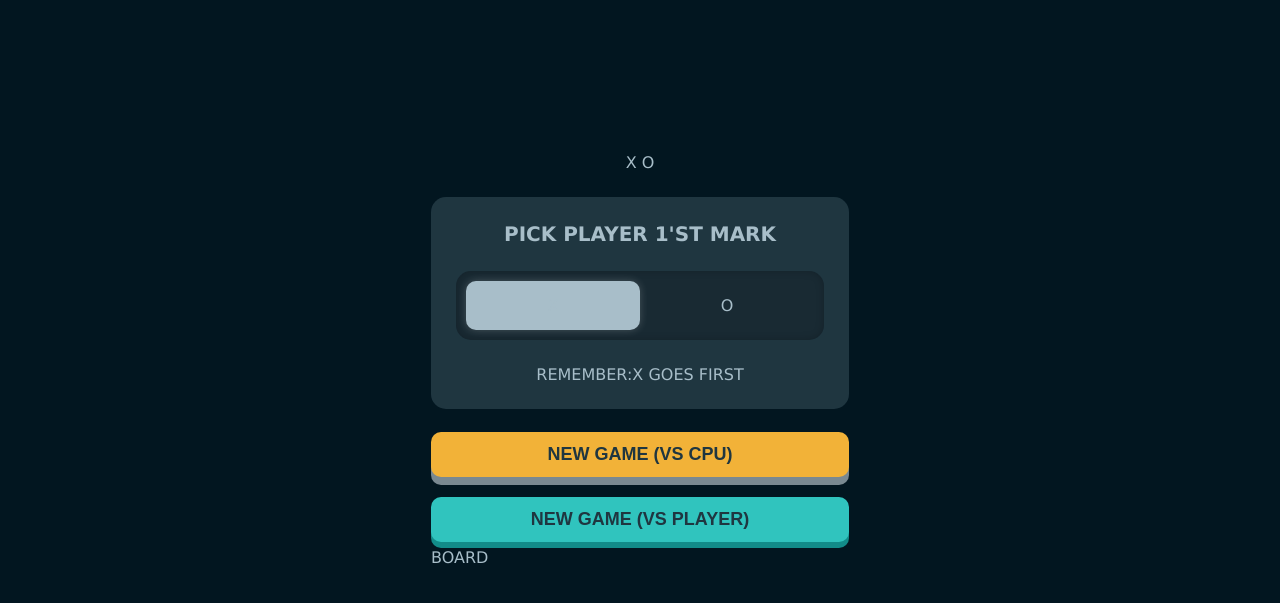
Repository: SD-Mdouka/XO_GAME
Page: /
An editor plug-in stored every save of this project. The page is shown before and after the next save, followed by the edit.
The browser window is 1280 px wide. The pictures show the whole page.
The pointer rests on the first visible `.btn`.
The project was rebuilt for these pictures with package versions that can differ from the ones it lists, and the page was loaded fresh each time.

Above is the page before, as saved 2022-08-29 14:51:15.

After the next save:
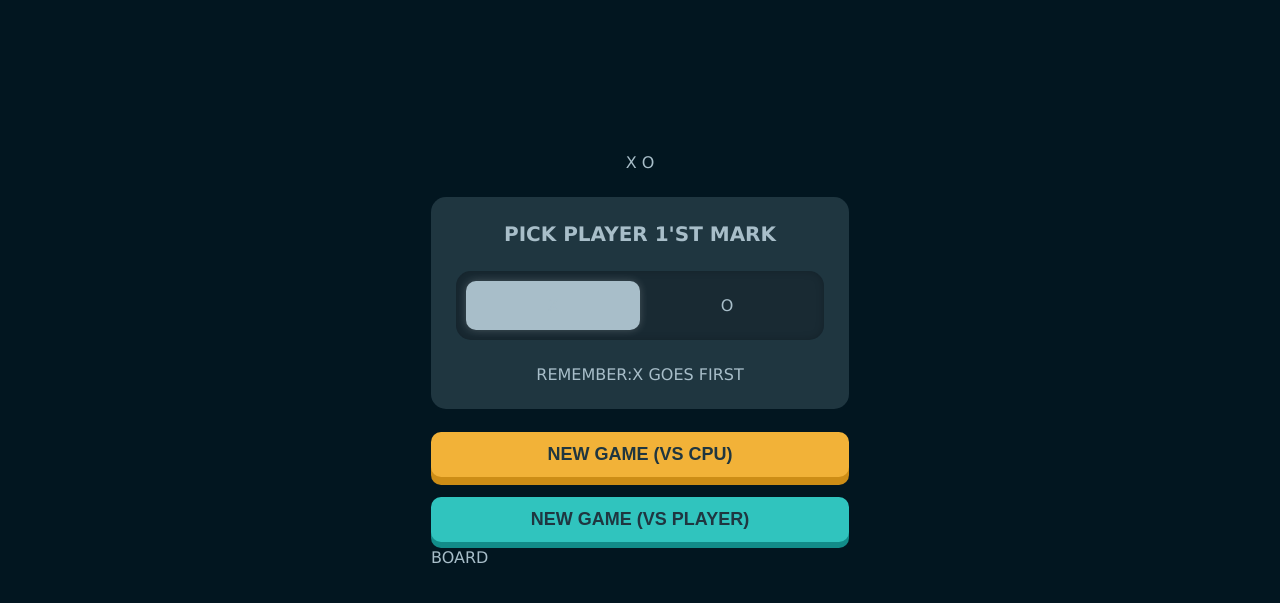
Saved 82 s later.
--- a/src/index.css
+++ b/src/index.css
@@ -114,7 +114,6 @@ body {
     -moz-transform: translateY(-2px);
     -ms-transform: translateY(-2px);
     -o-transform: translateY(-2px);
-    box-shadow: 0 var(--shadow-y) 0 var(--color-gray-dark);
 }
 
 .btn:active {
@@ -124,7 +123,6 @@ body {
     -moz-transform: translateY(2px);
     -ms-transform: translateY(2px);
     -o-transform: translateY(2px);
-    box-shadow: 0 var(--shadow-y) 0 var(--color-gray-dark);
 }
 
 .btn-yellow {
